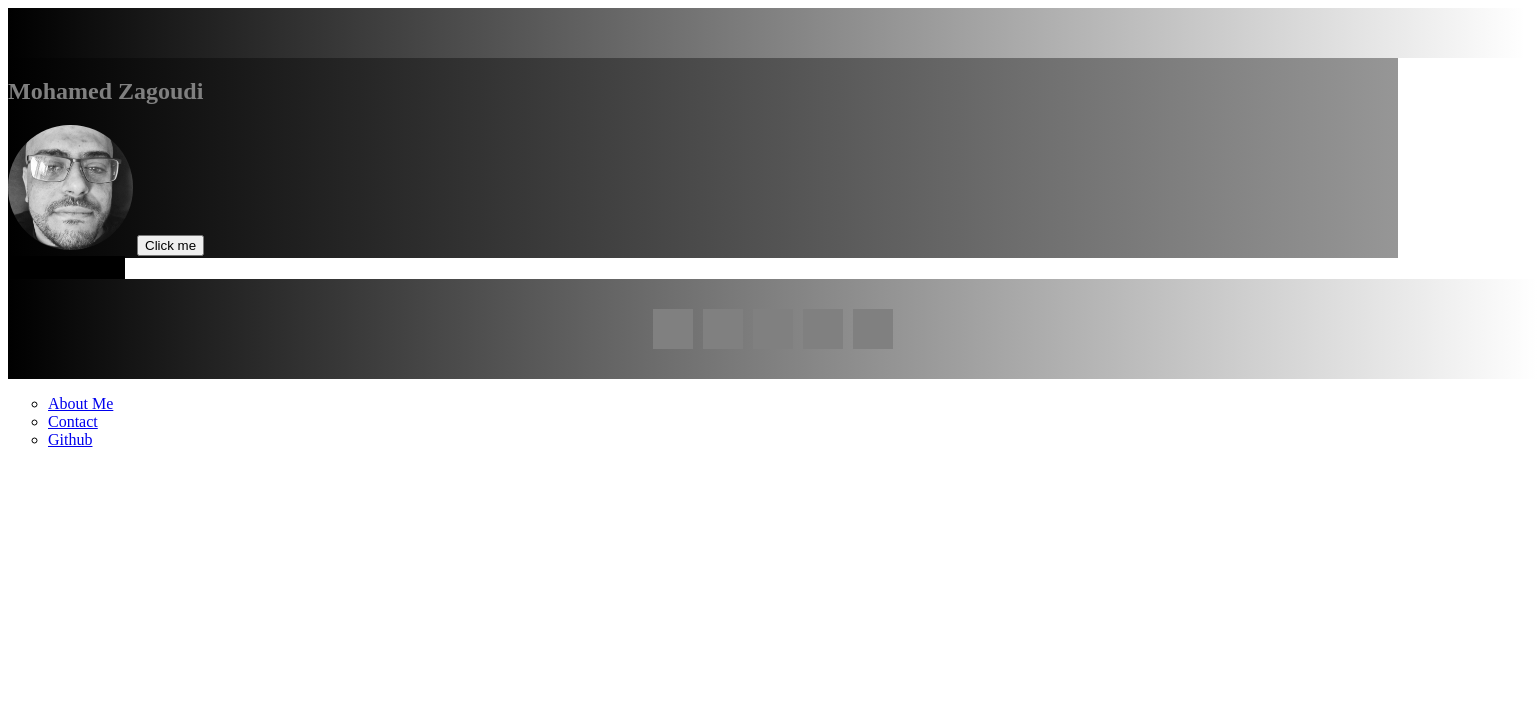
Repository: Mohzagou/Eersteportofolio
Page: index.html
These files come from the project's save history. The page is drawn as it stood at one moment and after the next save; the edit follows.
The browser window is 1280 px wide. The page is 1537 px wide, so the pictures cover 1537 px, including what lies to the right of the window. The pictures show the whole page.

Above is the page before, as saved 2022-06-07 23:16:21.

### index.html
<!DOCTYPE html>


<head>
    <link rel="stylesheet" href="styles.css" />
    <meta charset="UTF-8">

    <title>Document</title>
</head>

<body>

    <header></header>
    <div class="about-me">
        <h2 id="name">Mohamed Zagoudi</h2>
        <img class="avatar" src="images/67gwzvy.jpeg" alt="Mohamed Zagoudi headshot">
        <button>Click me</button>
        <div class="container">
            <div class="button-container">
                <div class="bottom side"></div>
                <div class="left side"></div>
                <div class="right side"></div>
                <div class="top side"></div>
                <button class="button side" type="button">Click Me</button>
            </div>
        </div>

        <section>
            <div class="test"></div>
            <div class="test"></div>
            <div class="test"></div>
            <div class="test"></div>
            <div class="test"></div>
        </section>
        <footer>
            <ul style="list-style-type: circle ">
                <li><a href=" ">About Me</a></li>
                <li><a href=" ">Contact</a></li>
                <li><a href="https://github.com/Mohzagou ">Github</a></li>

            </ul>

        </footer>



</body>



</html>

### styles.css
            body {
            display: flex;
            flex-direction: column;
        }

        header {
            width: 120%;
            height: 50px;
            background-image: linear-gradient(to right, black, grey, white);
            /*background-color: rgb(113, 74, 145);*/
        }

        section {
            width: 110%;
            height: 100px;
            background-image: linear-gradient(to right, black, grey, white);
            background-color: #234def;
            display: flex;
            align-items: center;
            justify-content: center;
        }

        .about-me {
            width: 110%;
            height: 200px;
            background-image: repeating-linear-gradient(to right, black, grey, white 170%);
            /*background-color: rgb(177, 69, 21, 0.8);*/
            /*margin: 10px 0 10px 0;
    border: solid black 10px;
    border-radius: 15px;*/
        }

        .avatar {
            width: 125px;
            border-radius: 62px;
            background-image: repeating-linear-gradient(to right, black, grey, 110%);
        }

        #name {
            color: grey;
        }

        .test {
            width: 40px;
            height: 40px;
            background-color: grey;
            margin: 5px;
        }

        .button {
            border: 0;
            padding: 0 20px;
            font-size: 20px;
            background-color: black;
            background-image: white;
            box

After the next save:
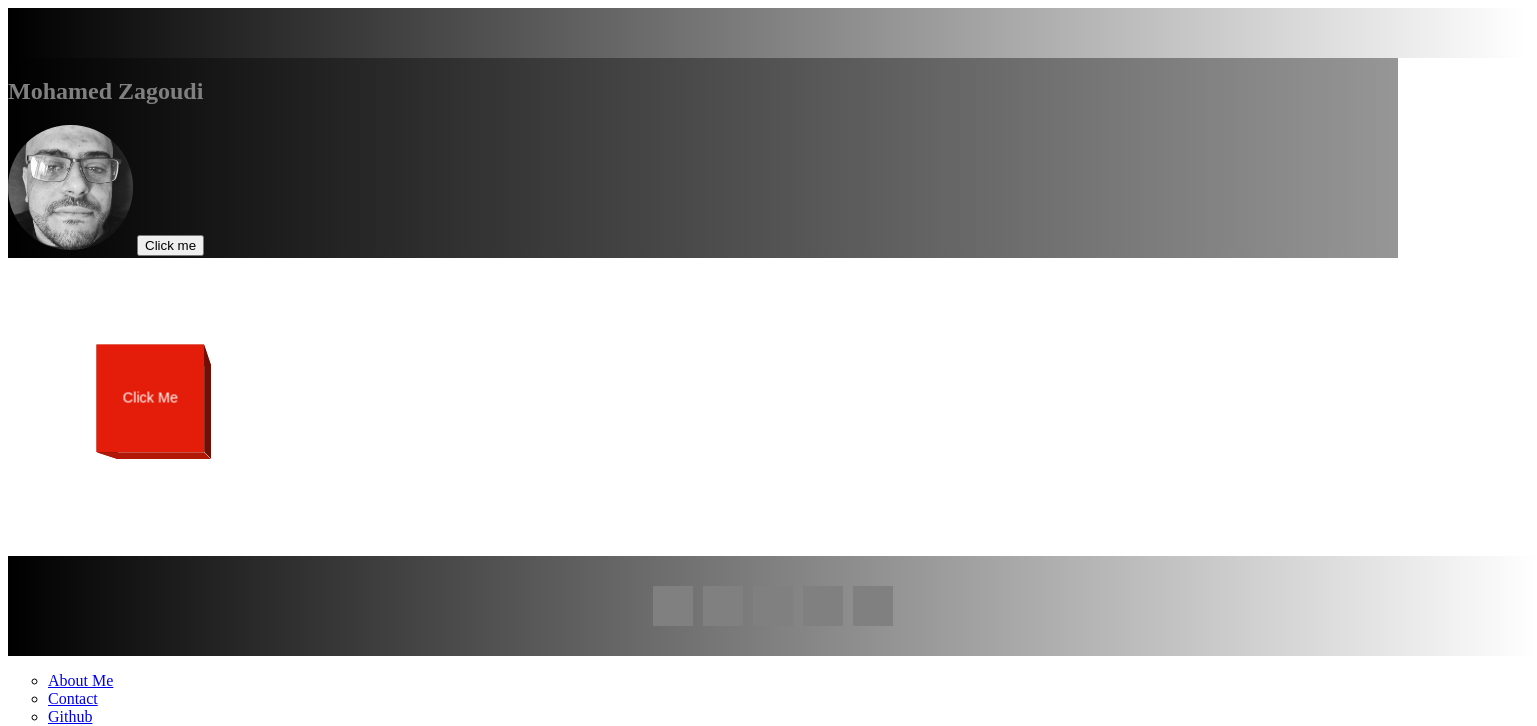
Saved 55 s later.
--- a/styles.css
+++ b/styles.css
@@ -1,56 +1,114 @@
             body {
-            display: flex;
-            flex-direction: column;
-        }
+                display: flex;
+                flex-direction: column;
+            }
 
-        header {
-            width: 120%;
-            height: 50px;
-            background-image: linear-gradient(to right, black, grey, white);
-            /*background-color: rgb(113, 74, 145);*/
-        }
+            header {
+                width: 120%;
+                height: 50px;
+                background-image: linear-gradient(to right, black, grey, white);
+                /*background-color: rgb(113, 74, 145);*/
+            }
 
-        section {
-            width: 110%;
-            height: 100px;
-            background-image: linear-gradient(to right, black, grey, white);
-            background-color: #234def;
-            display: flex;
-            align-items: center;
-            justify-content: center;
-        }
+            section {
+                width: 110%;
+                height: 100px;
+                background-image: linear-gradient(to right, black, grey, white);
+                background-color: #234def;
+                display: flex;
+                align-items: center;
+                justify-content: center;
+            }
 
-        .about-me {
-            width: 110%;
-            height: 200px;
-            background-image: repeating-linear-gradient(to right, black, grey, white 170%);
-            /*background-color: rgb(177, 69, 21, 0.8);*/
-            /*margin: 10px 0 10px 0;
+            .about-me {
+                width: 110%;
+                height: 200px;
+                background-image: repeating-linear-gradient(to right, black, grey, white 170%);
+                /*background-color: rgb(177, 69, 21, 0.8);*/
+                /*margin: 10px 0 10px 0;
     border: solid black 10px;
     border-radius: 15px;*/
-        }
+            }
 
-        .avatar {
-            width: 125px;
-            border-radius: 62px;
-            background-image: repeating-linear-gradient(to right, black, grey, 110%);
-        }
+            .avatar {
+                width: 125px;
+                border-radius: 62px;
+                background-image: repeating-linear-gradient(to right, black, grey, 110%);
+            }
 
-        #name {
-            color: grey;
-        }
+            #name {
+                color: grey;
+            }
 
-        .test {
-            width: 40px;
-            height: 40px;
-            background-color: grey;
-            margin: 5px;
-        }
+            .test {
+                width: 40px;
+                height: 40px;
+                background-color: grey;
+                margin: 5px;
+            }
 
-        .button {
-            border: 0;
-            padding: 0 20px;
-            font-size: 20px;
-            background-color: black;
-            background-image: white;
-            box
+            .button-container {
+                --dimension: 100px;
+                --adjustment: 0px;
+                --red-accent: #B11807;
+                --red-dark: #710F05;
+                --red: #E31D09;
+                height: 100%;
+                perspective: 700px;
+                perspective-origin: 150% 150%;
+                transform-style: preserve-3d;
+                width: 100%;
+            }
+
+            .button-container:active {
+                --adjustment: 100px;
+            }
+
+            .side {
+                border: none;
+                box-sizing: border-box;
+                display: block;
+                height: calc(var(--dimension) - var(--adjustment));
+                position: absolute;
+                transition: 0.4s ease-out;
+                width: calc(var(--dimension) - var(--adjustment));
+            }
+
+            .bottom {
+                background: var(--red-accent);
+                transform: rotateX(-90deg) translateZ(calc(var(--dimension) / 2 + var(--adjustment) / 2));
+                width: var(--dimension);
+            }
+
+            .button {
+                background-color: var(--red);
+                color: #FFFFFF;
+                height: var(--dimension);
+                transform: translateZ(calc(var(--dimension) / 2 - var(--adjustment) / 2));
+                width: var(--dimension);
+            }
+
+            .left {
+                background: var(--red-dark);
+                height: var(--dimension);
+                transform: rotateY(-90deg) translateZ(calc(var(--dimension) / 2 - var(--adjustment) / 2));
+            }
+
+            .right {
+                background: var(--red-dark);
+                height: var(--dimension);
+                transform: rotateY(90deg) translateZ(calc(var(--dimension) / 2 + var(--adjustment) / 2));
+            }
+
+            .top {
+                background: var(--red-accent);
+                transform: rotateX(90deg) translateZ(calc(var(--dimension) / 2 - var(--adjustment) / 2));
+                width: var(--dimension);
+            }
+
+            .container {
+                box-sizing: border-box;
+                padding: 100px;
+                height: 300px;
+                width: 300px;
+            }
